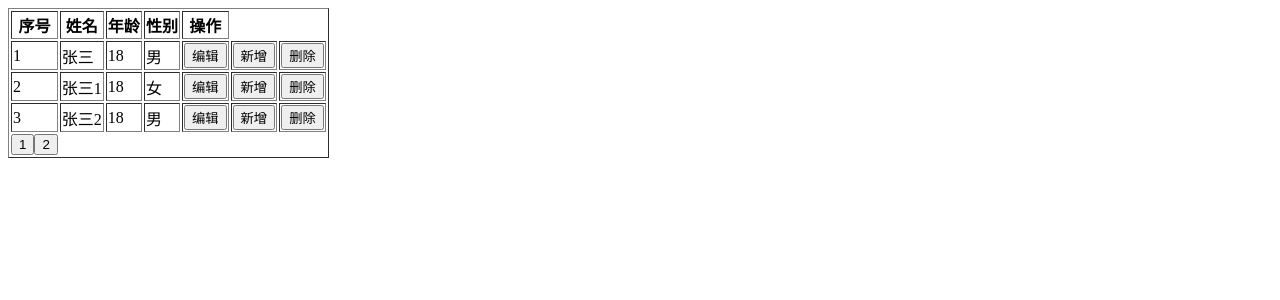
Repository: yuanritian1/5oproject50days
Page: 表格table/index.html
An editor plug-in stored every save of this project. The page is shown before and after the next save, followed by the edit.
The browser window is 1280 px wide. The pictures show the whole page.

Above is the page before, as saved 2022-09-03 10:27:05.

### 表格table/index.html
<!DOCTYPE html>
<html lang="en">

<head>
    <meta charset="UTF-8">
    <meta http-equiv="X-UA-Compatible" content="IE=edge">
    <meta name="viewport" content="width=device-width, initial-scale=1.0">
    <title>Document</title>
</head>

<body>
    <div id="containerBox">
        <table border="1">
            <thead>
                <tr>
                    <th>
                        序号
                    </th>
                    <th>
                        姓名
                    </th>
                    <th>
                        年龄
                    </th>
                    <th>
                        性别
                    </th>
                    <th>
                        操作
                    </th>
                </tr>
            </thead>
            <tbody id="content">
            </tbody>
            <tfoot id="foot">

            </tfoot>
        </table>
    </div>
</body>

</html>
<script>
    const DATE_ARR = [
        { id: '1', name: '张三', age: '18', sex: '男' },
        { id: '2', name: '张三1', age: '18', sex: '女' },
        { id: '3', name: '张三2', age: '18', sex: '男' },
        { id: '4', name: '张三3', age: '18', sex: '男' },
        { id: '5', name: '张三4', age: '18', sex: '女' },
        { id: '6', name: '张三5', age: '18', sex: '男' },
    ]
    let bodyContent = document.getElementById('content')
    let footContent = document.getElementById('foot')
    function showTable(data) {
        bodyContent.innerHTML = ''
        data.forEach((item) => {
            bodyContent.innerHTML += `
    <tr>
        <td>${item.id}</td>
        <td>${item.name}</td>
        <td>${item.age}</td>
        <td>${item.sex}</td>
        <td><button>编辑</button></td>
        <td><button>新增</button></td>
        <td><button>删除</button></td>
        </tr>
    `
        })
    }
    function jiequ(value) {
        let arr = DATE_ARR.splice((value - 1) * 3, 3)
        showTable(arr)
    }
    function fenye() {
        let num = Math.ceil(DATE_ARR.length / 3)
        let str = ''
        for (let i = 0; i < num; i++) {
            str += `
<button>${i + 1}</button>
`
        }
        footContent.innerHTML = str
    }
    fenye()
    jiequ(1)
</script>

After the next save:
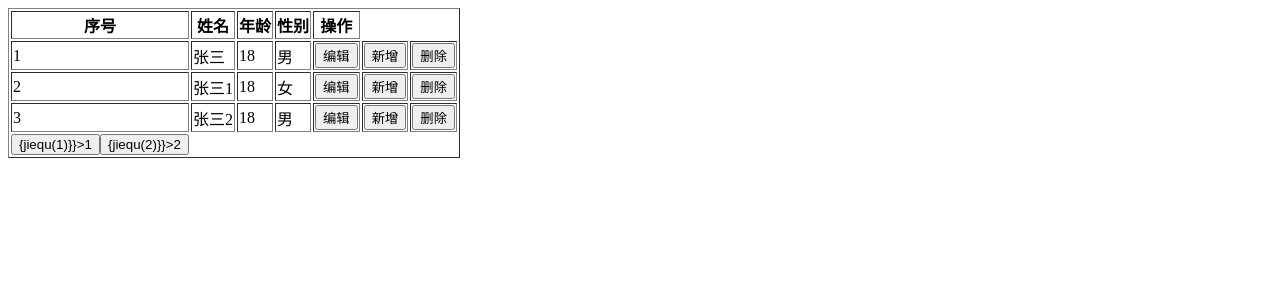
Console error (its wording comes from the project's code and is left out).
Saved 106 s later.
--- a/表格table/index.html
+++ b/表格table/index.html
@@ -76,7 +76,7 @@
         let str = ''
         for (let i = 0; i < num; i++) {
             str += `
-<button>${i + 1}</button>
+<button onclick={()=>{jiequ(${i + 1})}}>${i + 1}</button>
 `
         }
         footContent.innerHTML = str

After the save that followed:
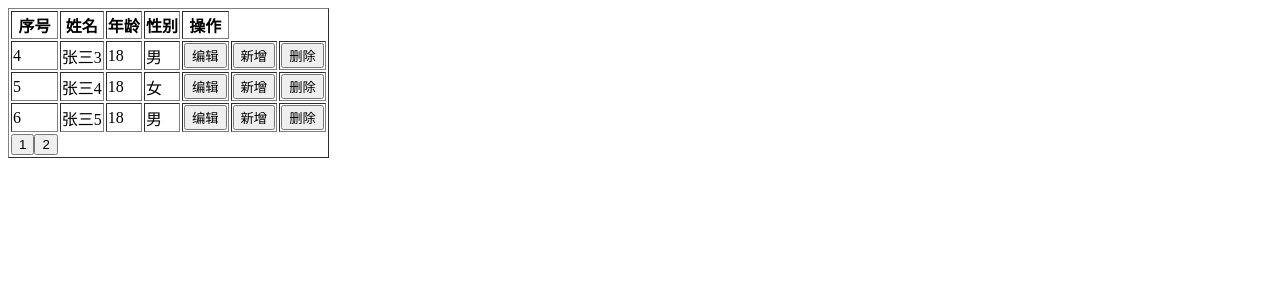
The error is gone.
Saved 78 s later.
--- a/表格table/index.html
+++ b/表格table/index.html
@@ -76,7 +76,7 @@
         let str = ''
         for (let i = 0; i < num; i++) {
             str += `
-<button onclick={()=>{jiequ(${i + 1})}}>${i + 1}</button>
+<button onclick='${jiequ(i + 1)}'>${i + 1}</button>
 `
         }
         footContent.innerHTML = str
